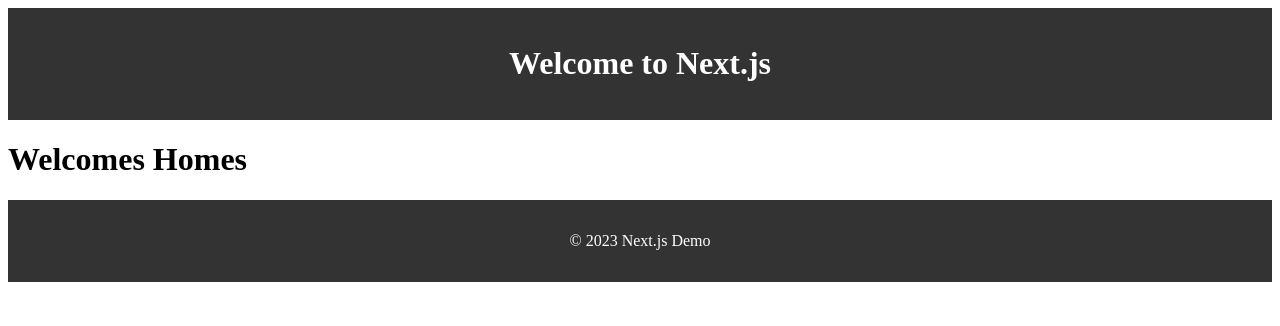
Repository: JasonMorta/NextJs-13_Basics
Page: / (app in NEXTJS15/next13-demo/)
The author's editor kept a copy of each file at every save. The page is drawn from the files as they stood at one save, then again after the next save.
The browser window is 1280 px wide. The pictures show the whole page.
The project was rebuilt for these pictures with package versions that can differ from the ones it lists, and the page was loaded fresh each time. The framework's server and built-in components were replaced by stand-ins that run in the browser. Also part of the build but not shown: NEXTJS15/next13-demo/next.config.ts.

Above is the page before, as saved 2025-02-28 13:33:58.

After the next save:
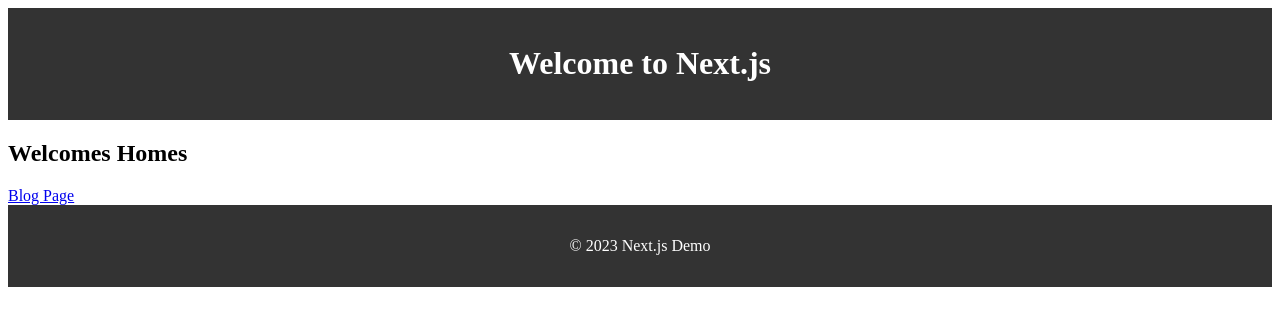
Saved 6 min 17 s later.
--- a/NEXTJS15/next13-demo/src/app/page.tsx
+++ b/NEXTJS15/next13-demo/src/app/page.tsx
@@ -1,7 +1,11 @@
+import Link from 'next/link'
 import React from 'react'
 
 export default function page() {
   return (
-    <h1>Welcomes Homes</h1>
+    <section>
+      <h1>Welcomes Homes</h1>
+      <Link href="/blog">Blog Page</Link>
+    </section>
   )
 }
